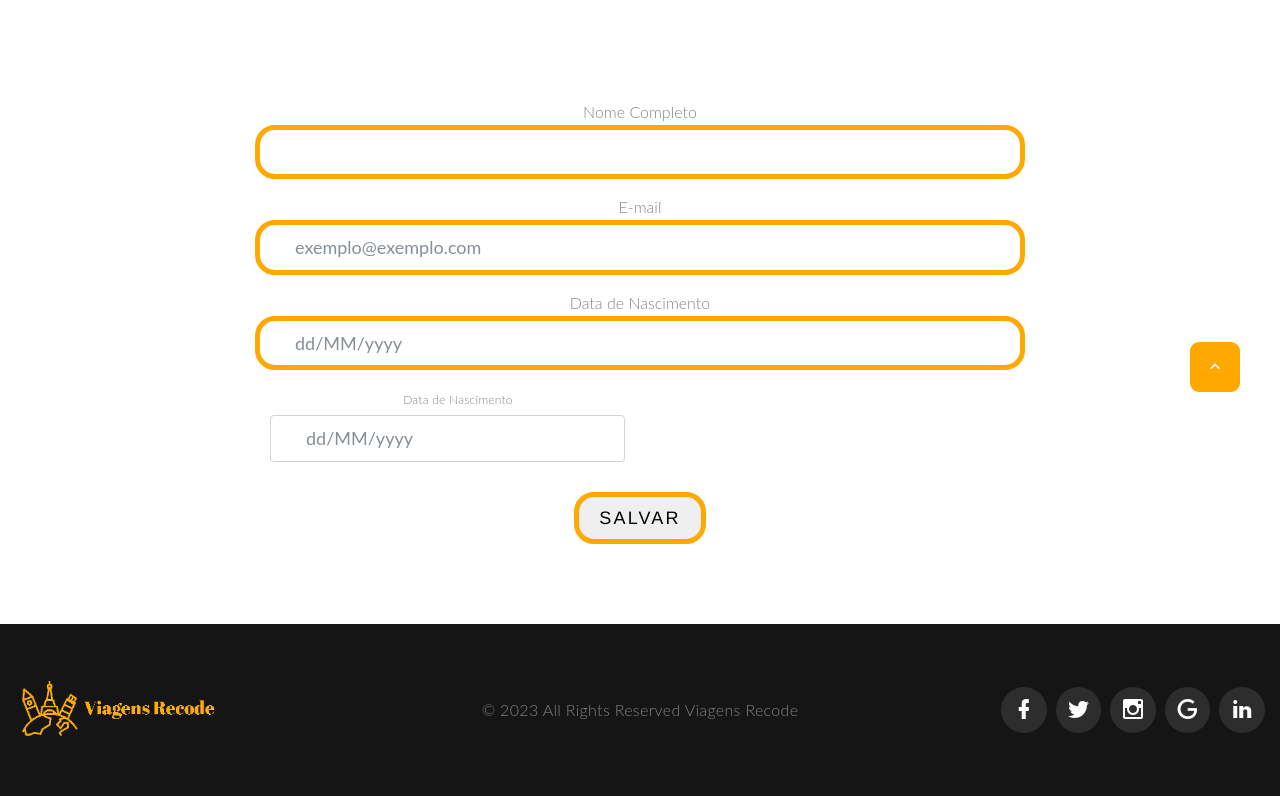
Repository: LiraS23/RecodePro2023-Modulo-4
Page: http://localhost/Modulo4/editarCliente.jsp
The author's editor kept a copy of each file at every save. The page is drawn from the files as they stood at one save, then again after the next save.
The browser window is 1280 px wide. The pictures show the part of the page from y = 388 to 1184 px (the page is 1184 px tall before and 1093 px after).
Some web fonts or font styles are not loaded; a fallback is used. The page is served by Tomcat 10. Other server files are loaded and not shown.

Above is the page before, as saved 2023-11-02 17:50:01.

### java/Modulo4/src/main/webapp/editarCliente.jsp
<%@ page language="java" contentType="text/html; charset=UTF-8"
	pageEncoding="UTF-8"%>
<!DOCTYPE html>
<html lang="pt-br">
<head>
<meta charset="UTF-8">
<meta name="viewport"
	content="width=device-width, height=device-height, initial-scale=1.0">
<meta http-equiv="X-UA-Compatible" content="IE=edge">
<title>Editar Cliente</title>

<link rel="icon" href="assets/images/favicon.ico" type="image/x-icon">
<link rel="stylesheet" type="text/css"
	href="assets/fonts.googleapis.com/css?family=Oswald:200,400%7CLato:300,400,300italic,700%7CMontserrat:900">
<link rel="stylesheet" href="assets/css/bootstrap.css">
<link rel="stylesheet" href="assets/css/style.css">
<link rel="stylesheet" href="assets/css/fonts.css">
</head>
<body>
	<div class="page">
		<header
			class="section page-header breadcrumbs-custom-wrap bg-gradient bg-secondary-2 novi-background bg-cover">
			<!-- RD Navbar-->
			<div class="rd-navbar-wrap rd-navbar-default">
				<nav class="rd-navbar" data-layout="rd-navbar-fixed"
					data-sm-layout="rd-navbar-fixed" data-md-layout="rd-navbar-fixed"
					data-md-device-layout="rd-navbar-fixed"
					data-lg-layout="rd-navbar-fullwidth"
					data-xl-layout="rd-navbar-static"
					data-lg-device-layout="rd-navbar-fixed"
					data-xl-device-layout="rd-navbar-static"
					data-md-stick-up-offset="2px" data-lg-stick-up-offset="2px"
					data-stick-up="true" data-sm-stick-up="true"
					data-md-stick-up="true" data-lg-stick-up="true"
					data-xl-stick-up="true">
					<div class="rd-navbar-inner">
						<!-- RD Navbar Panel-->
						<div class="rd-navbar-panel">
							<!-- RD Navbar Toggle-->
							<button class="rd-navbar-toggle"
								data-rd-navbar-toggle=".rd-navbar-nav-wrap">
								<span></span>
							</button>
							<!-- RD Navbar Brand-->
							<div class="rd-navbar-brand">
								<a class="brand-name" href="index.html"><img
									class="logo-default"
									src="assets/images/logo-default-208x46.png" alt="" width="208"
									height="46" /><img class="logo-inverse"
									src="assets/images/logo-inverse-208x46.png" alt="" width="208"
									height="46" /></a>
							</div>
						</div>
						<div class="rd-navbar-aside-right">
							<div class="rd-navbar-nav-wrap">
								<!-- RD Navbar Nav-->
								<ul class="rd-navbar-nav">
									<li><a href="index.html">Home</a></li>
									<li><a href="destinos.jsp">Destinos</a></li>
									<li><a href="promocoes.html">Promoções</a></li>
									<li><a href="contato.html">Contato</a></li>
									<li class="active"><a href="cliente.jsp">Cliente</a></li>
								</ul>
							</div>
						</div>
						<div class="rd-navbar-aside-right">
							<a class="button button-sm button-secondary button-nina"
								href="pedidos.html">Reserve um passeio agora</a>
						</div>
					</div>
				</nav>
			</div>
			<!-- Breadcrumbs-->
			<section class="breadcrumbs-custom"
				style="background: url(&quot;https://travelplustur.com.br/wp-content/uploads/2022/04/travelplus-tur-22.jpg&quot;); background-size: cover;">
				<div class="container">
					<p class="breadcrumbs-custom-subtitle">Edite seu</p>
					<p class="heading-1 breadcrumbs-custom-title">Cadastro</p>
				</div>
			</section>

		</header>

		<!-- Cadastro-->
		<section class="section section-lg bg-default text-center">
			<div class="container">
				<div class="row justify-content-center">
					<div class="col-md-8">
						<!--form-->
						<form id="editForm" data-form-output="form-output-global"
							data-form-type="edicao" method="post"
							action="/Modulo4/ClienteController">
							<input type="hidden" name="action" value="atualizar"> <input
								type="hidden" id="cpf" name="cpf" value="">
							<div class="form-group">
								<label for="edit_nome">Nome Completo</label> <input type="text"
									class="form-control" id="edit_nome" name="nome"
									placeholder="" data-constraints="@Required"
									style="border: 5px solid #FFA900; border-radius: 20px;">
							</div>
							<div class="form-group">
								<label for="edit_email">E-mail</label> <input type="email"
									class="form-control" id="edit_email" name="email"
									placeholder="exemplo@exemplo.com" data-constraints="@Required"
									style="border: 5px solid #FFA900; border-radius: 20px;">
							</div>
							<div class="form-group">
								<label for="edit_dataNasc">Data de Nascimento</label> <input type="text"
									class="form-control" id="edit_dataNasc" name="dataNasc"
									placeholder="dd/MM/yyyy" data-constraints="@Required"
									style="border: 5px solid #FFA900; border-radius: 20px;">
							</div>
							<div class="col-md-6">
								<div class="form-wrap form-wrap-validation">
									<label class="form-label-outside" for="dataNasc">Data
										de Nascimento</label><input class="form-control" id="dataNasc"
										type="text" name="dataNasc" placeholder="dd/MM/yyyy"
										data-constraints="@Numeric @Required" />
								</div>
							</div>
							<div class="col-sm-12 offset-custom-1">
								<div class="form-button">
									<button class="btn btn-secondary"
										style="border: 5px solid #FFA900; border-radius: 20px;"
										type="button" onclick="atualizarCliente()">Salvar</button>
								</div>
							</div>
						</form>
					</div>
				</div>
			</div>
		</section>
		<!-- Footer Minimal-->
		<footer
			class="section page-footer page-footer-minimal novi-background bg-cover text-center bg-gray-darker">
			<div class="container container-wide">
				<div
					class="row row-fix justify-content-sm-center align-items-md-center row-30">
					<div class="col-md-10 col-lg-7 col-xl-4 text-xl-left">
						<a href="index.html"><img class="inverse-logo"
							src="assets/images/logo-inverse-208x46.png" alt="" width="208"
							height="46" /></a>
					</div>
					<div class="col-md-10 col-lg-7 col-xl-4">
						<p class="right">
							&#169;&nbsp;<span class="copyright-year"></span> All Rights
							Reserved Viagens Recode
						</p>
					</div>
					<div class="col-md-10 col-lg-7 col-xl-4 text-xl-right">
						<ul class="group-xs group-middle">
							<li><a
								class="icon novi-icon icon-md-middle icon-circle icon-secondary-5-filled mdi mdi-facebook"
								href="#"></a></li>
							<li><a
								class="icon novi-icon icon-md-middle icon-circle icon-secondary-5-filled mdi mdi-twitter"
								href="#"></a></li>
							<li><a
								class="icon novi-icon icon-md-middle icon-circle icon-secondary-5-filled mdi mdi-instagram"
								href="#"></a></li>
							<li><a
								class="icon novi-icon icon-md-middle icon-circle icon-secondary-5-filled mdi mdi-google"
								href="#"></a></li>
							<li><a
								class="icon novi-icon icon-md-middle icon-circle icon-secondary-5-filled mdi mdi-linkedin"
								href="#"></a></li>
						</ul>
					</div>
				</div>
			</div>
		</footer>
	</div>

	<!-- Global Mailform Output-->
	<div class="snackbars" id="form-output-global"></div>
	<!-- Javascript-->
	<script src="assets/js/core.min.js"></script>
	<script src="assets/js/script.js"></script>
	<script>
		function atualizarCliente() {
			// Obtenha o valor do CPF da URL
			var urlParams = new URLSearchParams(window.location.search);
			var cpf = urlParams.get("cpf");

			// Obtenha os valores dos campos de nome, email e dataNasc
			var nome = $("#nome").val();
			var dataNasc = $("#dataNasc").val();
			var email = $("#email").val();

			// Realize a validação dos campos, se necessário

			// Faça uma solicitação AJAX para o servidor para atualizar o cliente
			$.ajax({
				type : "POST",
				url : "/Modulo4/ClienteController", // A URL deve apontar para o seu servlet
				data : {
					action : "atualizar",
					cpf : cpf,
					nome : nome,
					dataNasc : dataNasc,
					email : email
				// Adicione o campo de email aqui
				},
				success : function(response) {
					alert(response); // Exiba uma mensagem de sucesso ou erro
				},
				error : function() {
					alert('Erro ao atualizar o cliente.');
				}
			});
		}
	</script>


</body>
</html>

Loaded but not shown: java/Modulo4/src/main/webapp/assets/css/bootstrap.css (library); java/Modulo4/src/main/webapp/assets/css/style.css (library); java/Modulo4/src/main/webapp/assets/css/fonts.css (library); java/Modulo4/src/main/webapp/assets/js/core.min.js (library); java/Modulo4/src/main/webapp/assets/js/script.js (1496 lines, source omitted)

After the next save:
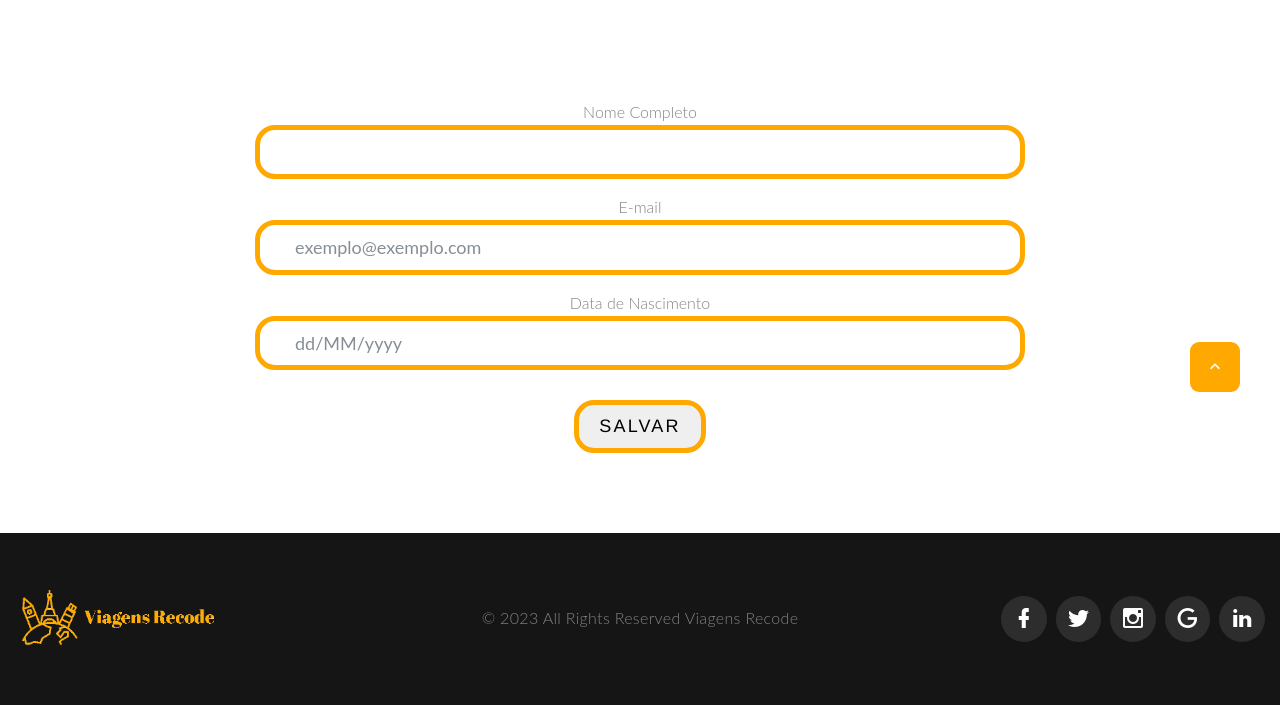
Saved 13 s later.
--- a/java/Modulo4/src/main/webapp/editarCliente.jsp
+++ b/java/Modulo4/src/main/webapp/editarCliente.jsp
@@ -110,14 +110,6 @@
 									placeholder="dd/MM/yyyy" data-constraints="@Required"
 									style="border: 5px solid #FFA900; border-radius: 20px;">
 							</div>
-							<div class="col-md-6">
-								<div class="form-wrap form-wrap-validation">
-									<label class="form-label-outside" for="dataNasc">Data
-										de Nascimento</label><input class="form-control" id="dataNasc"
-										type="text" name="dataNasc" placeholder="dd/MM/yyyy"
-										data-constraints="@Numeric @Required" />
-								</div>
-							</div>
 							<div class="col-sm-12 offset-custom-1">
 								<div class="form-button">
 									<button class="btn btn-secondary"
